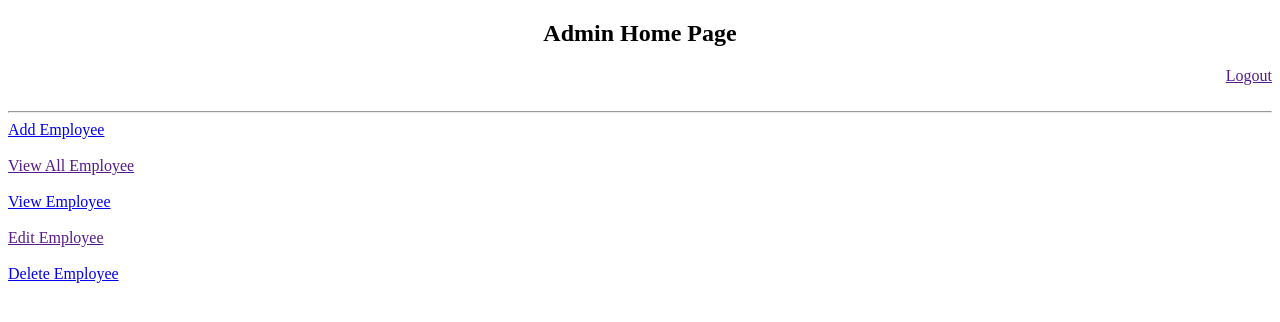
Repository: mdzeyan/JavaFSD-phase2-project
Page: Learners_Academy/src/main/webapp/AdminHome.html
These files come from the project's save history. The page is drawn as it stood at one moment and after the next save; the edit follows.
The browser window is 1280 px wide. The pictures show the whole page.

Above is the page before, as saved 2022-03-27 14:45:36.

### Learners_Academy/src/main/webapp/AdminHome.html
<!DOCTYPE html>
<html>
<head>
<meta charset="ISO-8859-1">
<title>Insert title here</title>
</head>
<body>

	<h2 align="center">Admin Home Page</h2>
	<div align="right"><a href="">Logout</a></div>
	<br>
	<hr></hr>
	<a href="AddEmployeeView.html">Add Employee</a>
	<br><br>
	<a href="">View All Employee</a>
	<br><br>
	<a href="ViewEmployee.html">View Employee</a>
	<br><br>
	<a href="">Edit Employee</a>
	<br><br>
	<a href="DeleteEmployee.html">Delete Employee</a>

</body>
</html>

After the next save:
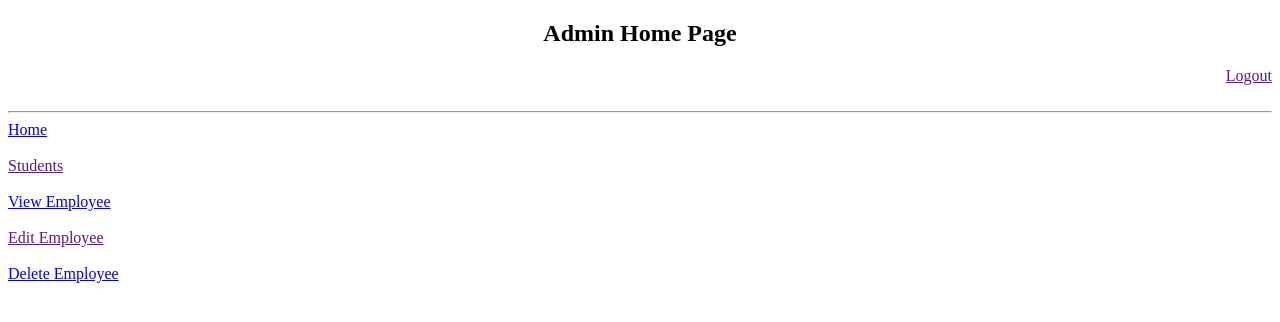
Saved 22 h 38 min later.
--- a/Learners_Academy/src/main/webapp/AdminHome.html
+++ b/Learners_Academy/src/main/webapp/AdminHome.html
@@ -10,9 +10,9 @@
 	<div align="right"><a href="">Logout</a></div>
 	<br>
 	<hr></hr>
-	<a href="AddEmployeeView.html">Add Employee</a>
+	<a href="AddEmployeeView.html">Home</a>
 	<br><br>
-	<a href="">View All Employee</a>
+	<a href="">Students</a>
 	<br><br>
 	<a href="ViewEmployee.html">View Employee</a>
 	<br><br>
